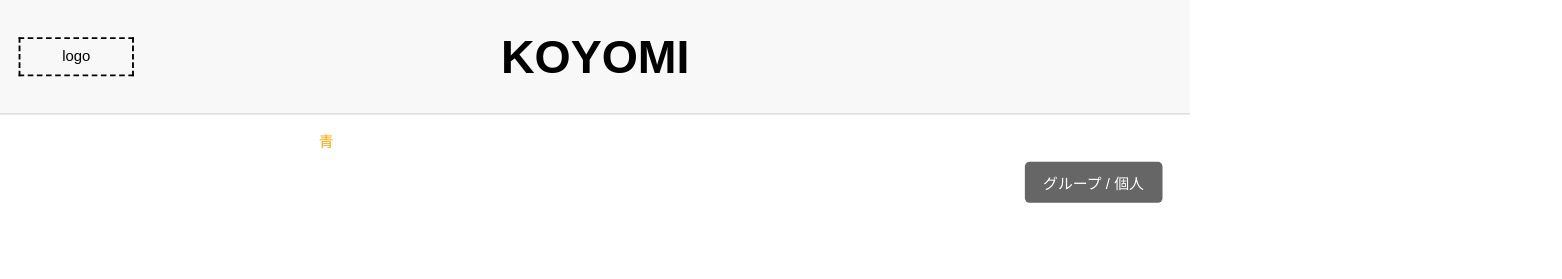
Repository: teramu0602/koyomi
Page: http://localhost/grouplist
The author's editor kept a copy of each file at every save. The page is drawn from the files as they stood at one save, then again after the next save.
The browser window is 1280 px wide. The page is 1280 px wide, then 1680 px, then 1280 px, so the pictures cover 1680 px, including what lies to the right of the window. The pictures show the whole page, at 93% of full size.
Some web fonts or font styles are not loaded; a fallback is used. The page is served by the project's Laravel application, run on PHP 8.4 with Laravel 9. Other server files are loaded and not shown. Style sheets and scripts are compiled from the project's sources, by tool versions that may differ from the author's.

Above is the page before, as saved 2025-02-22 09:31:19.

### routes/web.php
<?php

use Illuminate\Support\Facades\Route;
use App\Http\Controllers\CalendarController;
use App\Http\Controllers\PostController;
use App\Http\Controllers\Auth\LoginController;



/*
|--------------------------------------------------------------------------
| Web Routes
|--------------------------------------------------------------------------
|
| Here is where you can register web routes for your application. These
| routes are loaded by the RouteServiceProvider within a group which
| contains the "web" middleware group. Now create something great!
|
*/

Route::get('/', function () {
    return view('welcome');
});

Route::get('/admin', function () {
    return view('layouts/admin');
});

Route::get('/admin/home', function () {
    return view('calender/home');
});

Route::get('/custom-login', [LoginController::class, 'showLoginForm'])->name('custom.login');
Route::post('/custom-login', [LoginController::class, 'login'])->name('custom.login.submit');
Route::get('/custom-login', function () {
    return view('admin/login');
});

Route::get('/signup', function () {
    return view('admin/signup');
});
Auth::routes();

Route::get('/home', [App\Http\Controllers\HomeController::class, 'index'])->name('home');



Route::get('/calendar', function () {
    return view('calender/calendar');
})->name('calendar');

Route::get('/calendar/{year}/{month}', [CalendarController::class, 'show'])->name('calendar.show');
Route::get('/admin/home/{year}/{month}', [CalendarController::class, 'showAdmin'])->name('calendar.admin.show');

Route::get('/admin/home', [CalendarController::class, 'index']);

Route::get('/grouplist', function () {
    return view('admin/group_list');
});

### resources/views/admin/group_list.blade.php
@extends('layouts.admin_calender')
<head>
<link href="{{ asset('css/common.admin.css') }}" rel="stylesheet">
</head>

@section('content')
<div class = "container">
<button class="switch_button" onclick="toggleMode()">グループ / 個人</button>
</div>
<p class = "purple">青</p>
@endsection

### resources/views/layouts/admin_calender.blade.php
<!DOCTYPE html>
<html lang="{{ app()->getLocale() }}">
    <head>
        <meta charset="utf-8">
        <meta http-equiv="X-UA-Compatible" content="IE=edge">
        <meta name="viewport" content="width=device-width, initial-scale=1">
        <meta name="csrf-token" content="{{ csrf_token() }}">

        <title>@yield('title')</title>

        <script src="{{ asset('js/app.js') }}" defer></script>

        <link rel="dns-prefetch" href="https://fonts.gstatic.com">
        <link href="https://fonts.googleapis.com/css?family=Raleway:300,400,600" rel="stylesheet" type="text/css">

        <link href="{{ asset('css/admin.css') }}" rel="stylesheet">


    </head>

   <header>
        <div class="logo">logo</div>
        <h1 class="service-name">KOYOMI</h1>
        @yield('drop_menu')
    </header>

    <main>
    @yield('content')
    </main>
    <body>
    </body>

</html>

### public/css/common.admin.css
.button {
    background-color: aquamarine;
    margin-left: 1000px;
}
.purple {
    color: orange;
}

.switch_button{
    display: flex !important;
    justify-content: flex-end !important;
    float: right;
    margin-right: 30px !important;
}

### resources/sass/admin.scss
@charset "UTF-8";
body {
  font-family: Arial, sans-serif;
  text-align: center;
  margin: 0;
  padding: 0;
}

header {
  display: flex;
  justify-content: center;
  align-items: center;
  width: 100%;

  padding: 40px 0px 40px 0px;
  background-color: #f8f8f8;
  border-bottom: 1px solid #ccc;
}

.logo {
  border: 2px dashed black;
  padding: 10px;
  width: 100px;
  text-align: center;
  margin-right: auto;
  margin-left: 20px;
}

.service-name {
  font-size: 50px;
  position: absolute; /* ページ全体に対して中央配置 */
  left: 50%;
  transform: translateX(-50%); /* 画面の中央に配置 */
  text-align: center; /* 中央揃え */
}

main {
  margin-top: 0px;
  background: linear-gradient(to bottom, orange 0%, white 0%);
}

h2 {
  font-size: 22px;
  margin-bottom: 50px;
}

form {
  display: flex;
  flex-direction: column;
  align-items: center;
  gap: 10px;
}

label {
  font-weight: bold;
}

input {
  width: 300px;
  padding: 8px;
  border: 1px solid #ccc;
  border-radius: 4px;
}

button {
  background-color: #666;
  color: white;
  padding: 10px 20px;
  border: none;
  border-radius: 5px;
  cursor: pointer;
  margin-top: 35px;
  font-size: 16px;
}

button:hover {
  background-color: #444;
}

.login-link {
  margin-top: 40px;
  font-size: 14px;
  color: #555;
}

.checkbox {
  margin: 30px;
  display: flex; /* 横並びにする */
  align-items: center;
  margin-right: 170px;
}

.checkbox input[type=checkbox] {
  margin-right: 10px; /* チェックボックスとテキストの間隔 */
}

.remember {
  font-size: 14px;
}

input#remember {
  width: 10px; /* 幅を300pxに設定 */
  height: 20px; /* 高さを13pxに設定 */
}

.checkbox label {
  font-weight: normal;
}

table {
  width: 100%;
  border-collapse: collapse;
}

td {
  border: 1px solid grey;
  text-align: left; /* 左揃え */
  vertical-align: top; /* 上揃え */

  padding: 0px 0px 150px 0px;

}

th {
  background: white;
  text-align: center;
  padding: 10px;
}

.sunday {
  background: pink;
  color: red;
}

.red {
  color: red;
}

.saturday {
  background: pink;
  color: blue;
}

.blue{
  color: blue;
}

.next-month {
  background: #ccc;
  color: #666;
}

.month_toggle {
  text-decoration: none;
  color: black;
}

.nav-item {
  list-style: none;
  margin-right: 20px;
}

.pink {
  color: pink;
  background-color: purple;
}
.prev-month, .next-month {
  background: #ccc;
  color: #666;
}

.switch {
  background-color: orange;
  padding: 0px 0px 35px 0px;
  font-size: 20px;
}

.who {
  background-color: palegoldenrod;
  font-size: 20px;
  margin-right: 400px;
}

.switch_button{
  margin-left: 400px;
}

table {
  width: 80%; /* テーブルの幅を90%に設定 */
  margin-left: auto; /* 左側の空白 */
  margin-right: auto; /* 右側の空白 */
  margin-bottom: 50px;
}

Loaded but not shown: app/Http/Controllers/Auth/ConfirmPasswordController.php (common file); app/Http/Controllers/Controller.php (common file)

After the next save:
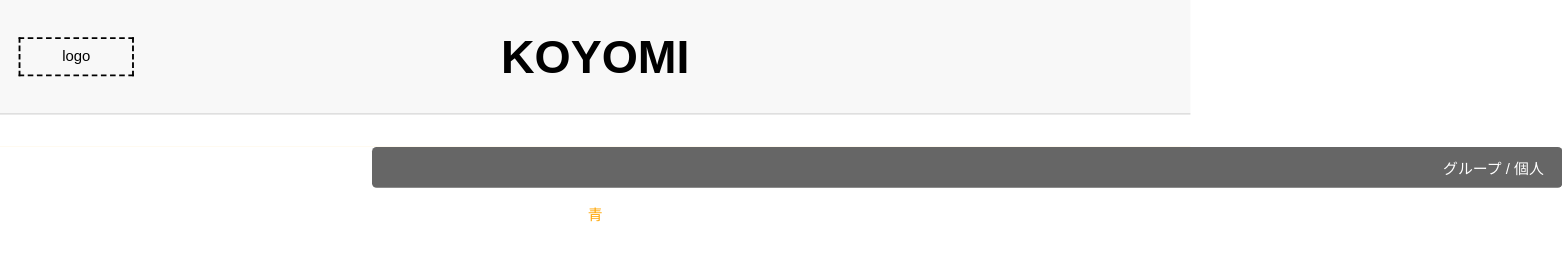
Saved 24 s later.
--- a/public/css/common.admin.css
+++ b/public/css/common.admin.css
@@ -9,6 +9,6 @@
 .switch_button{
     display: flex !important;
     justify-content: flex-end !important;
-    float: right;
+    width: 100%;
     margin-right: 30px !important;
 }

After the save that followed:
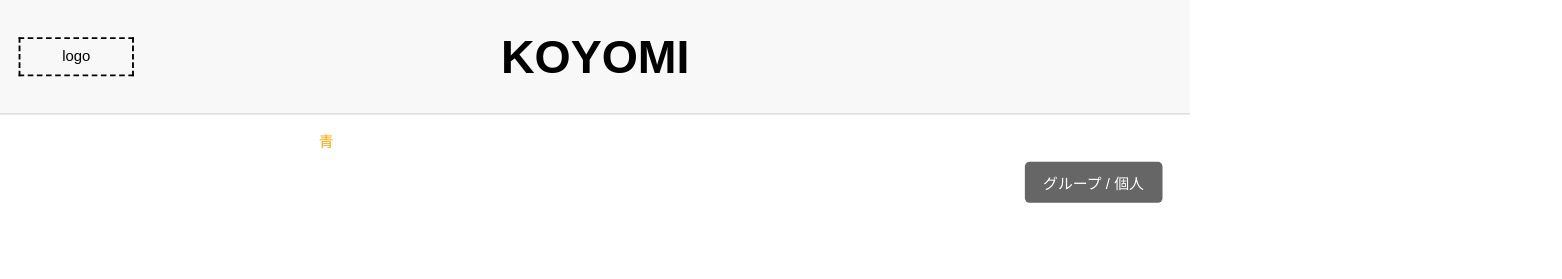
Saved 82 s later.
--- a/public/css/common.admin.css
+++ b/public/css/common.admin.css
@@ -9,6 +9,9 @@
 .switch_button{
     display: flex !important;
     justify-content: flex-end !important;
-    width: 100%;
+    float: right;
     margin-right: 30px !important;
 }
+.container {
+
+}
